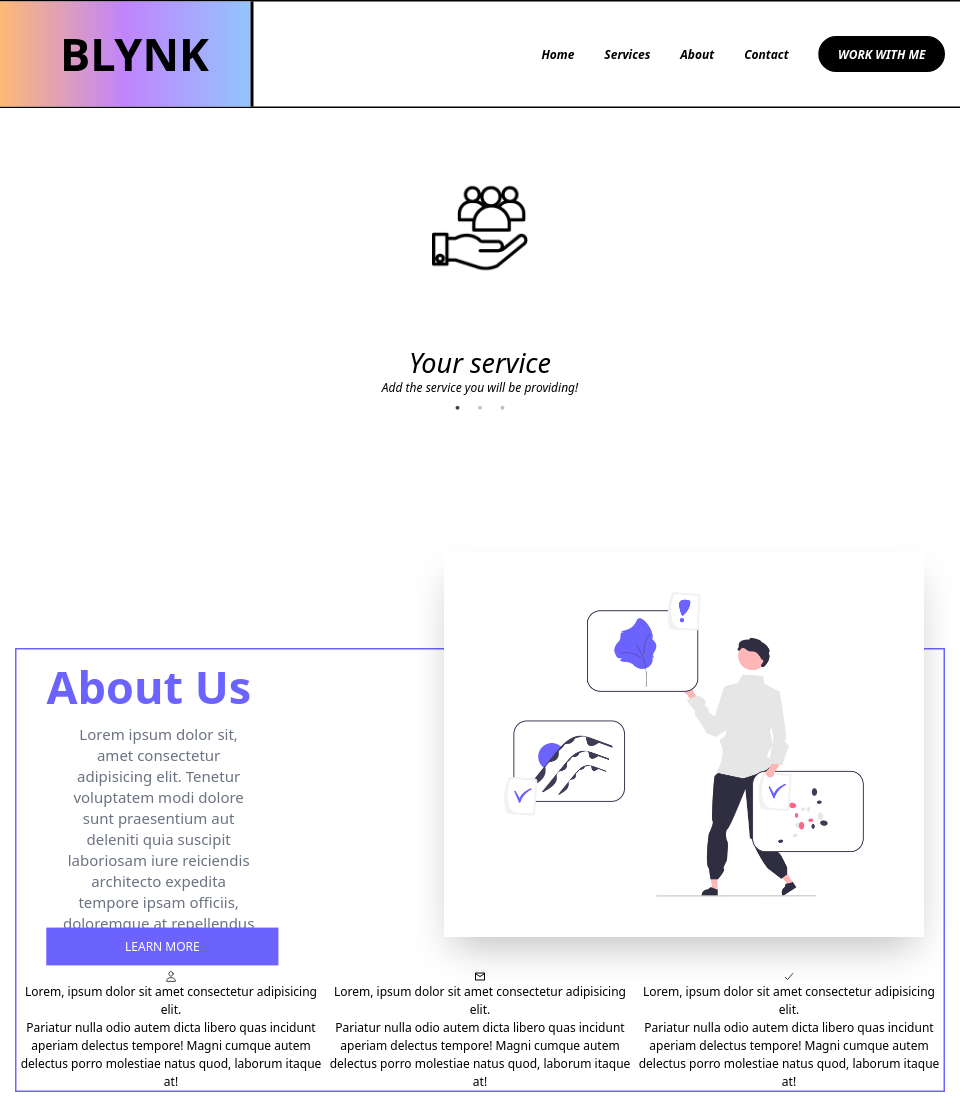
Repository: Al123Kudayyd/eportfolio
Page: /
The author's editor kept a copy of each file at every save. The page is drawn from the files as they stood at one save, then again after a run of saves.
The browser window is 1280 px wide. The page is 1305 px wide, so the pictures cover 1305 px, including what lies to the right of the window. The pictures show the whole page, at 75% of full size.
The project was rebuilt for these pictures with package versions that can differ from the ones it lists, and the page was loaded fresh each time.

Above is the page before, as saved 2024-02-27 08:11:03.

After the next 2 saves:
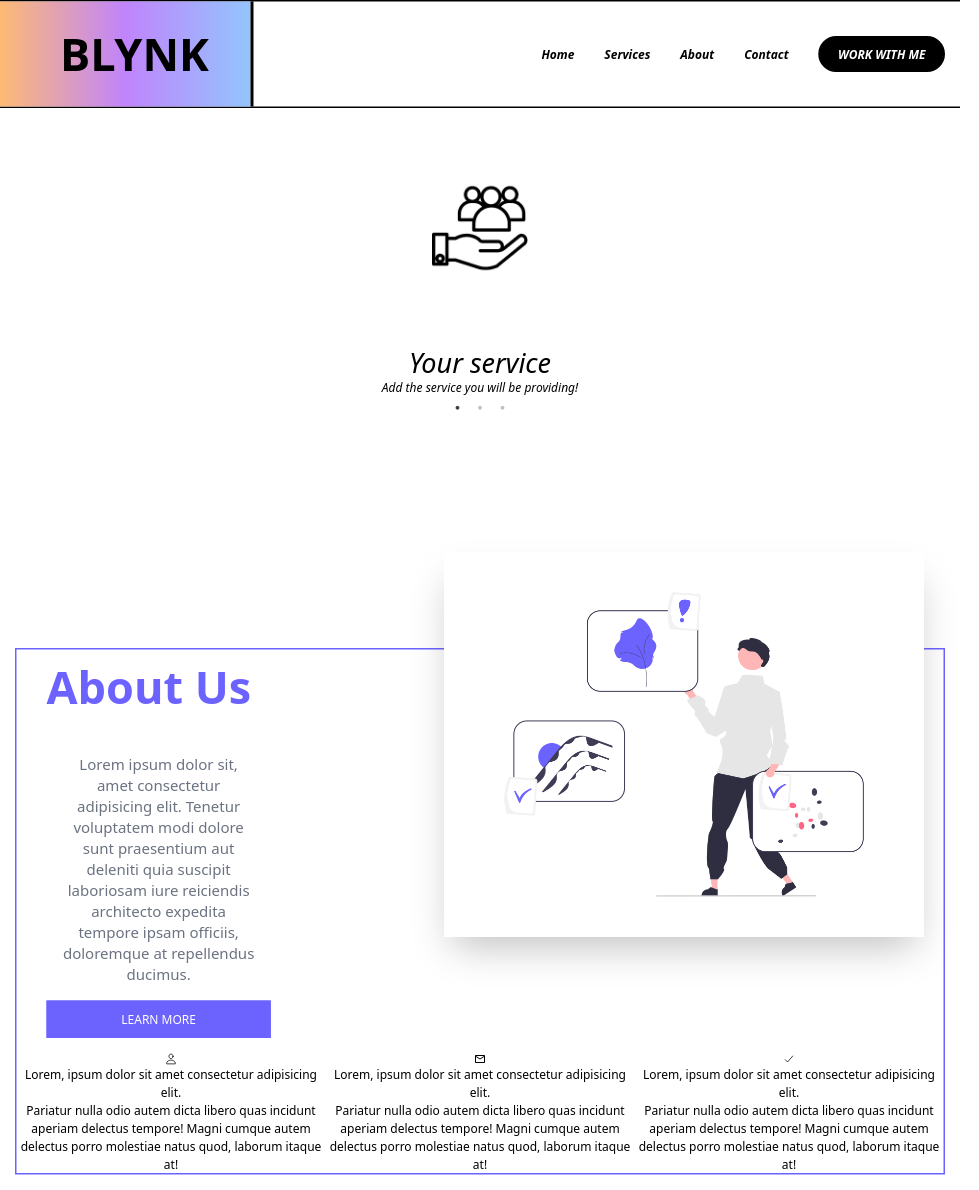
The 2 saves are shown as one change because they came seconds apart.
The last was saved 11 s later.
--- a/src/components/About.jsx
+++ b/src/components/About.jsx
@@ -10,12 +10,12 @@ function About() {
     <div className='relative '>
       <div className='relative border-2 border-[#6C63FF] m-5'>
         <div className='pl-10 flex flex-col '>
-            <h1 className='absolute text-[#6C63FF] pt-5 text-6xl font-bold '>
+            <h1 className='text-left text-[#6C63FF] pt-5 text-6xl font-bold '>
                 About Us
             </h1>
-            <p className='md:w-1/2 lg:w-1/4 mt-20 text-xl text-gray-500 p-5'>Lorem ipsum dolor sit, amet consectetur adipisicing elit. Tenetur voluptatem modi dolore sunt praesentium aut deleniti quia suscipit laboriosam iure reiciendis <br/> architecto expedita tempore ipsam officiis, doloremque at repellendus ducimus.</p>
+            <p className='md:w-1/2 lg:w-1/4 mt-10 text-xl text-gray-500 p-5'>Lorem ipsum dolor sit, amet consectetur adipisicing elit. Tenetur voluptatem modi dolore sunt praesentium aut deleniti quia suscipit laboriosam iure reiciendis architecto expedita tempore ipsam officiis, doloremque at repellendus ducimus.</p>
             <button className='bg-[#6C63FF] text-white border border-[#6C63FF] px-7 py-3 mb-5 hover:bg-white
-            hover:text-[#6C63FF] transitio duration-300 w-1/4 absolute bottom-1/4'>
+            hover:text-[#6C63FF] transitio duration-300 w-1/4'>
               LEARN MORE
             </button>
         </div>
